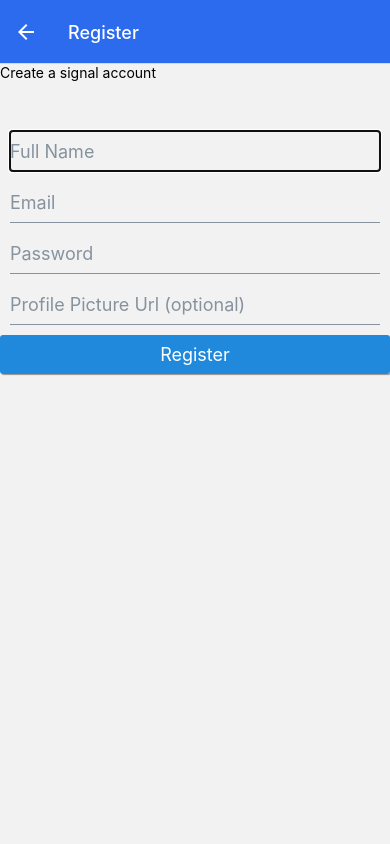
Repository: TheBoringBOT/signal-clone-reactnative-learn
Screen: /Register
An editor plug-in stored every save of this project. The screen is shown before and after the next save, followed by the edit.
The app was drawn by React Native's web renderer in a window 390 px wide. The project was rebuilt for these pictures with package versions that can differ from the ones it lists, and the page was loaded fresh each time.

Above is the screen before, as saved 2022-01-23 19:20:33.

After the next save:
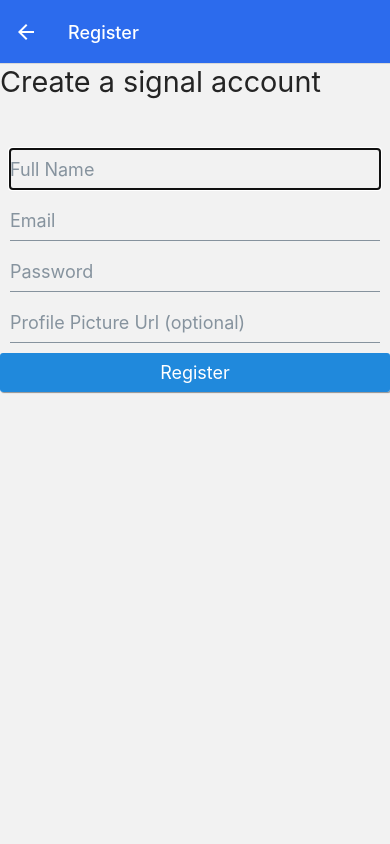
Saved 51 s later.
--- a/screens/RegisterScreen.js
+++ b/screens/RegisterScreen.js
@@ -1,7 +1,7 @@
-import { StyleSheet, Text, View } from "react-native";
+import { StyleSheet, View } from "react-native";
 import React, { useState } from "react";
 import { KeyboardAvoidingView } from "react-native-web";
-import { Button, Input } from "react-native-elements";
+import { Button, Input, Text } from "react-native-elements";
 import { StatusBar } from "expo-status-bar";
 
 const RegisterScreen = ({ navigation }) => {
